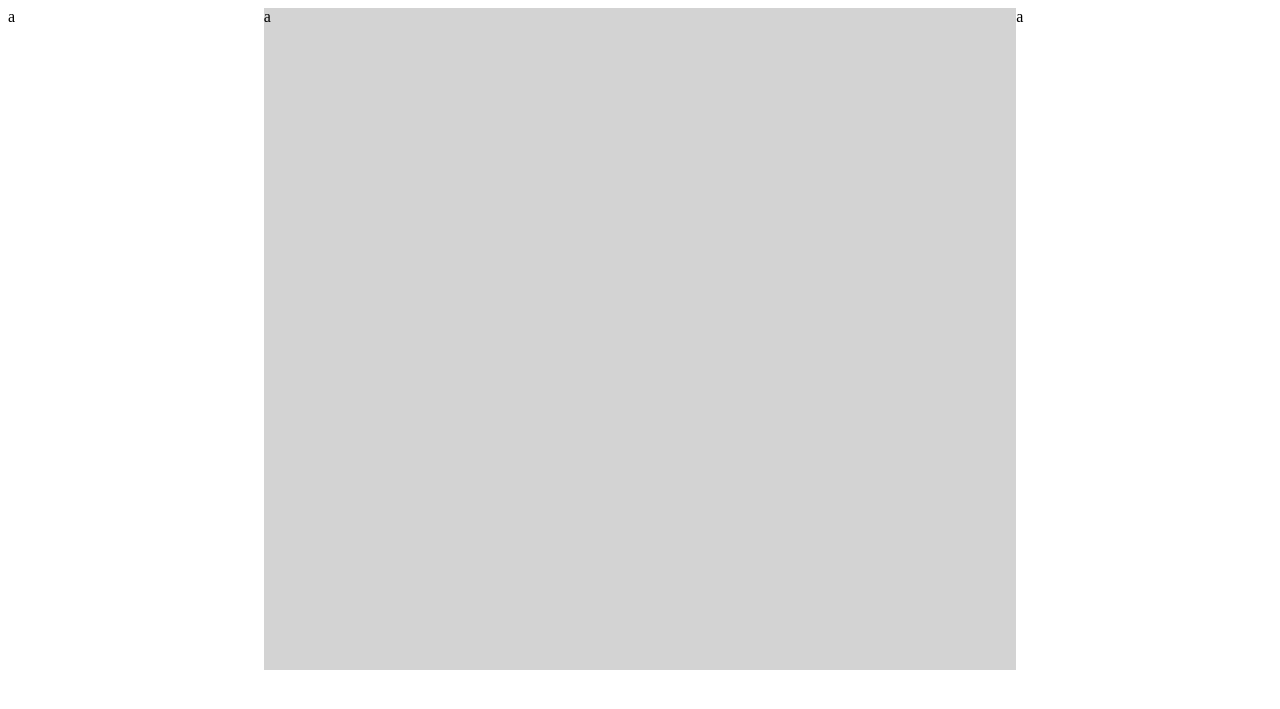
Repository: tr2cky/exercise2
Page: index.html
An editor plug-in stored every save of this project. The page is shown before and after the next save, followed by the edit.
The browser window is 1280 px wide. The pictures show the whole page.

Above is the page before, as saved 2022-10-01 10:46:15.

After the next save:
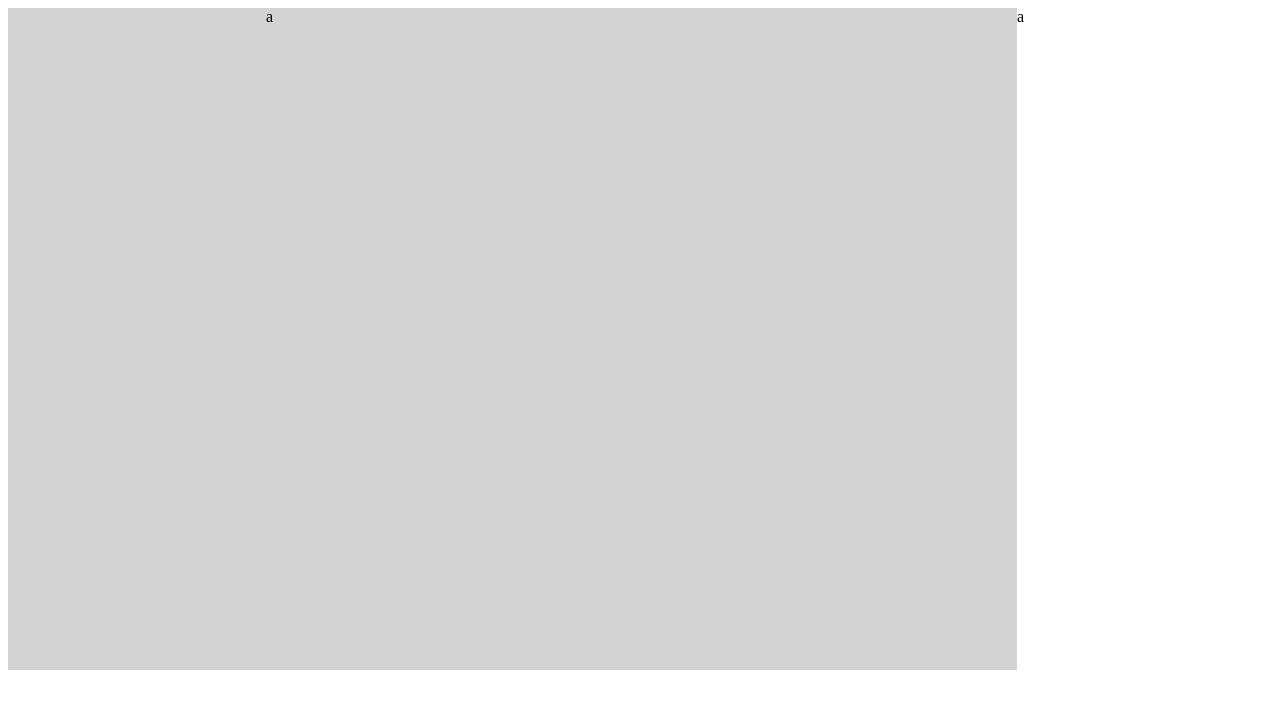
Saved 4 min 28 s later.
--- a/index.html
+++ b/index.html
@@ -10,7 +10,14 @@
 <body>
     <div class="container">
         <div class="side1">
-            a
+            <div class="sidec" id="a"></div>
+            <div class="sidec" id="b"></div>
+            <div class="sidec" id="c"></div>
+            <div class="sidec" id="d"></div>
+            <div class="sidec" id="f"></div>
+            <div class="sidec" id="g"></div>
+            <div class="sidec" id="h"></div>
+            <div class="sidec" id="j"></div>
 
         </div>
         <main>
--- a/style.css
+++ b/style.css
@@ -9,7 +9,14 @@ main {
 }
 .side1 {
     flex-grow: 1;
+    display: grid;
 }
 .side2 {
     flex-grow: 1;
 }
+.sidec {
+    background-color: lightgray;
+}
+#a {
+    padding: 5px;
+}
